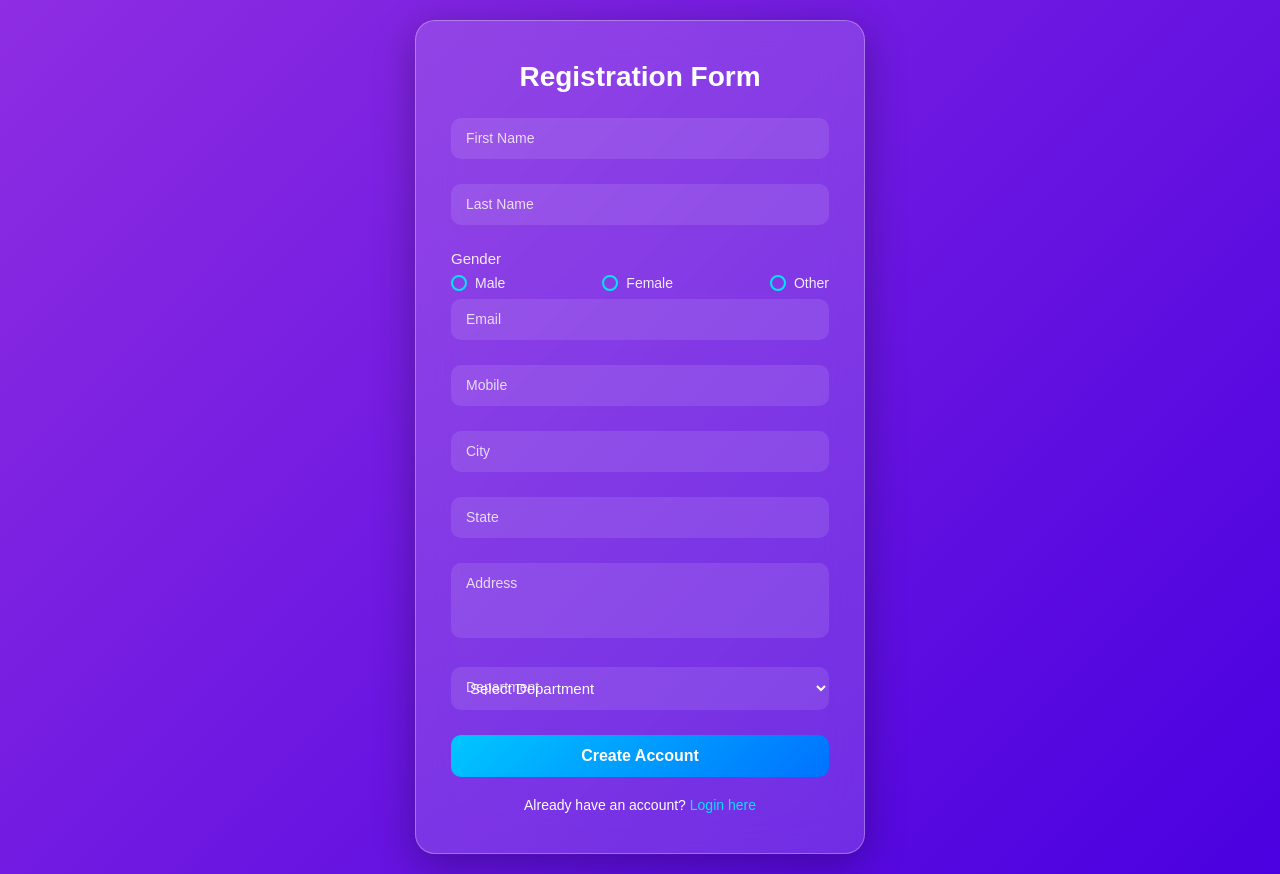
Repository: Pintu-6545/Java_Programming
Page: http://localhost/Employee_Data/
An editor plug-in stored every save of this project. The page is shown before and after the next save, followed by the edit.
The browser window is 1280 px wide. The pictures show the whole page.
The page is served by Tomcat 10. Other server files are loaded and not shown.

Above is the page before, as saved 2025-11-01 09:03:02.

### Online Employeement Management System/Employee_Data/src/main/webapp/index.jsp
<%@ page language="java" contentType="text/html; charset=UTF-8"
    pageEncoding="UTF-8"%>
<!DOCTYPE html>
<html lang="en">
<head>
  <meta charset="UTF-8" />
  <meta name="viewport" content="width=device-width, initial-scale=1.0" />
  <title>Animated Registration Form</title>
  <style>
    * {
      margin: 0;
      padding: 0;
      box-sizing: border-box;
      font-family: "Poppins", sans-serif;
    }

    body {
      min-height: 100vh;
      display: flex;
      justify-content: center;
      align-items: center;
      background: linear-gradient(135deg, #8e2de2, #4a00e0);
      padding: 20px;
    }

    .form-container {
      width: 100%;
      max-width: 450px;
      padding: 40px 35px;
      border-radius: 20px;
      background: rgba(255, 255, 255, 0.15);
      backdrop-filter: blur(20px);
      border: 1px solid rgba(255, 255, 255, 0.3);
      box-shadow: 0 10px 40px rgba(0, 0, 0, 0.3);
      color: #fff;
      animation: fadeIn 1.2s ease;
    }

    @keyframes fadeIn {
      from {opacity:0; transform: translateY(-40px);}
      to {opacity:1; transform: translateY(0);}
    }

    h2 { text-align:center; margin-bottom:25px; font-size:28px; color:#fff; }

    .form-group {
      position: relative;
      margin-bottom: 25px;
    }

    .form-group input,
    .form-group textarea,
    .form-group select {
      width: 100%;
      padding: 12px 15px;
      border: none;
      outline: none;
      border-radius: 10px;
      background: rgba(255, 255, 255, 0.1);
      color: #fff;
      font-size: 15px;
      resize: none;
      transition: all 0.4s ease;
    }

    .form-group label {
      position: absolute;
      top: 12px;
      left: 15px;
      color: rgba(255,255,255,0.8);
      font-size: 14px;
      pointer-events: none;
      transition: 0.3s ease;
    }

    .form-group input:focus + label,
    .form-group input:valid + label,
    .form-group textarea:focus + label,
    .form-group textarea:valid + label,
    .form-group select:focus + label,
    .form-group select:valid + label {
      top: -10px;
      left: 10px;
      font-size: 12px;
      color: #00e6ff;
      background: rgba(0,0,0,0.3);
      padding: 2px 6px;
      border-radius: 6px;
    }

    .form-group input:focus,
    .form-group textarea:focus,
    .form-group select:focus {
      background: rgba(255, 255, 255, 0.2);
      box-shadow: 0 0 10px #00e6ff;
      transform: scale(1.03);
    }

    .gender-group label { font-size: 15px; margin-bottom: 8px; display:block; color: rgba(255,255,255,0.9); }
    .gender-options { display:flex; justify-content: space-between; flex-wrap: wrap; }
    .gender-options label { display:flex; align-items:center; cursor:pointer; font-size:14px; }
    .gender-options input { appearance:none; width:16px; height:16px; border:2px solid #00e6ff; border-radius:50%; margin-right:8px; transition:all 0.3s ease; }
    .gender-options input:checked { background:#00e6ff; box-shadow:0 0 10px #00e6ff; }

    .btn {
      width:100%; padding:12px; border:none; border-radius:10px; font-size:16px; font-weight:600;
      color:#fff; background: linear-gradient(135deg,#00c6ff,#0072ff); cursor:pointer; position:relative; overflow:hidden; transition: all 0.4s ease;
    }

    .btn::before {
      content:""; position:absolute; top:0; left:-100%; width:100%; height:100%;
      background: linear-gradient(120deg, transparent, rgba(255,255,255,0.6), transparent);
      transition: all 0.6s ease;
    }

    .btn:hover::before { left:100%; }
    .btn:hover { box-shadow:0 0 20px rgba(0,198,255,0.6); transform: translateY(-3px); }
    .btn:active { transform: scale(0.97); }

    .form-footer { text-align:center; margin-top:20px; font-size:14px; }
    .form-footer a { color:#00e6ff; text-decoration:none; }
    .form-footer a:hover { text-decoration:underline; }

    @media(max-width:480px){
      .form-container{ padding:30px 20px; }
      h2{ font-size:24px; }
      .gender-options{ flex-direction: column; gap: 8px; }
    }
  </style>
</head>
<body>
  <div class="form-container">
    <h2>Registration Form</h2>
    <form action="register" method="post">

      <!-- Example text input -->
      <div class="form-group">
        <input type="text" name="f1" required />
        <label>First Name</label>
      </div>

      <div class="form-group">
        <input type="text" name="l1" required />
        <label>Last Name</label>
      </div>

      <!-- Gender -->
      <div class="gender-group">
        <label>Gender</label>
        <div class="gender-options">
          <label><input type="radio" name="gender" value="male" required /> Male</label>
          <label><input type="radio" name="gender" value="female" required /> Female</label>
          <label><input type="radio" name="gender" value="other" required /> Other</label>
        </div>
      </div>

      <!-- Email -->
      <div class="form-group">
        <input type="email" name="e1" required />
        <label>Email</label>
      </div>

      <!-- Mobile -->
      <div class="form-group">
        <input type="text" name="m1" required />
        <label>Mobile</label>
      </div>

      <!-- City & State -->
      <div class="form-group">
        <input type="text" name="c1" required />
        <label>City</label>
      </div>

      <div class="form-group">
        <input type="text" name="s1" required />
        <label>State</label>
      </div>

      <!-- Address -->
      <div class="form-group">
        <textarea name="a1" rows="3" required></textarea>
        <label>Address</label>
      </div>

      <!-- Dynamic select example -->
      <div class="form-group">
        <select name="department" required>
          <option value="" disabled selected>Select Department</option>
          <option value="IT">IT</option>
          <option value="HR">HR</option>
          <option value="Finance">Finance</option>
        </select>
        <label>Department</label>
      </div>

      <button type="submit" class="btn">Create Account</button>
    </form>

    <div class="form-footer">
      Already have an account? <a href="#">Login here</a>
    </div>
  </div>
</body>
</html>

After the next save:
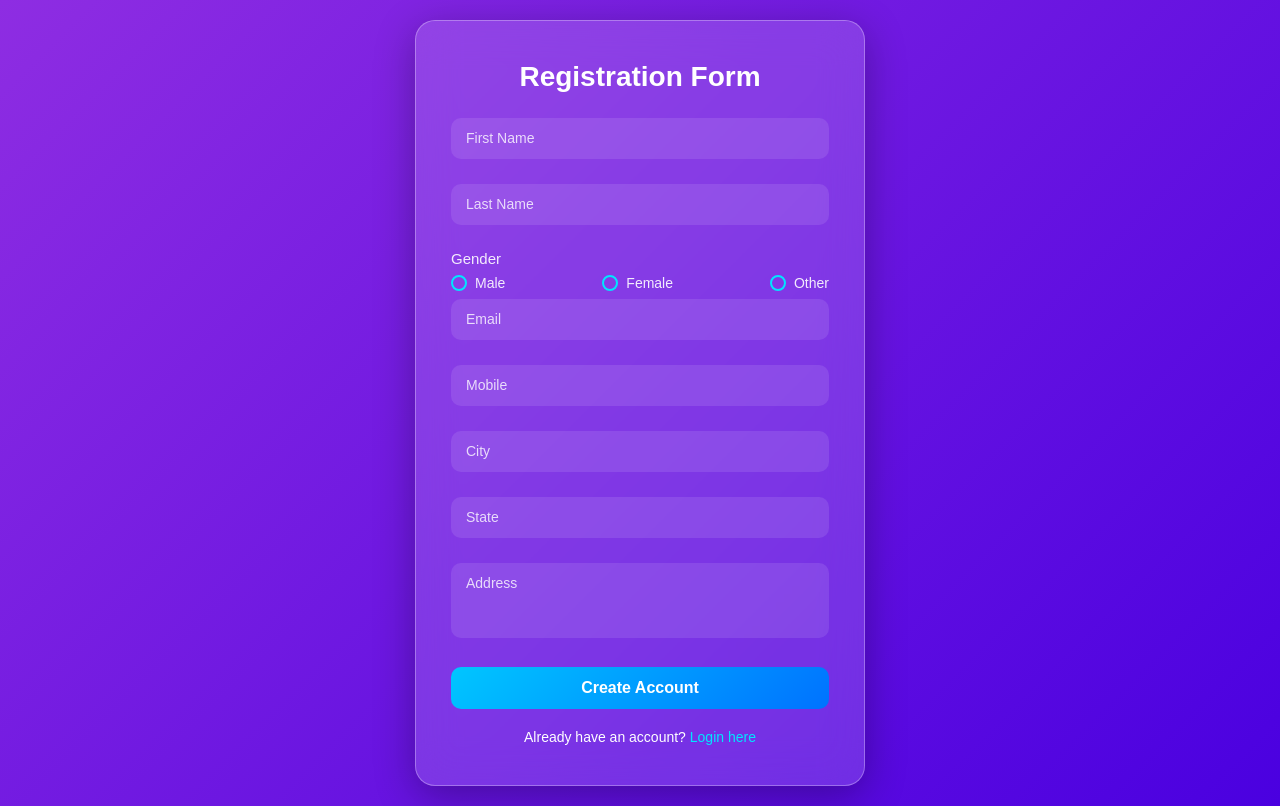
Saved 37 s later.
--- a/Online Employeement Management System/Employee_Data/src/main/webapp/index.jsp
+++ b/Online Employeement Management System/Employee_Data/src/main/webapp/index.jsp
@@ -183,17 +183,6 @@
         <label>Address</label>
       </div>
 
-      <!-- Dynamic select example -->
-      <div class="form-group">
-        <select name="department" required>
-          <option value="" disabled selected>Select Department</option>
-          <option value="IT">IT</option>
-          <option value="HR">HR</option>
-          <option value="Finance">Finance</option>
-        </select>
-        <label>Department</label>
-      </div>
-
       <button type="submit" class="btn">Create Account</button>
     </form>
 
